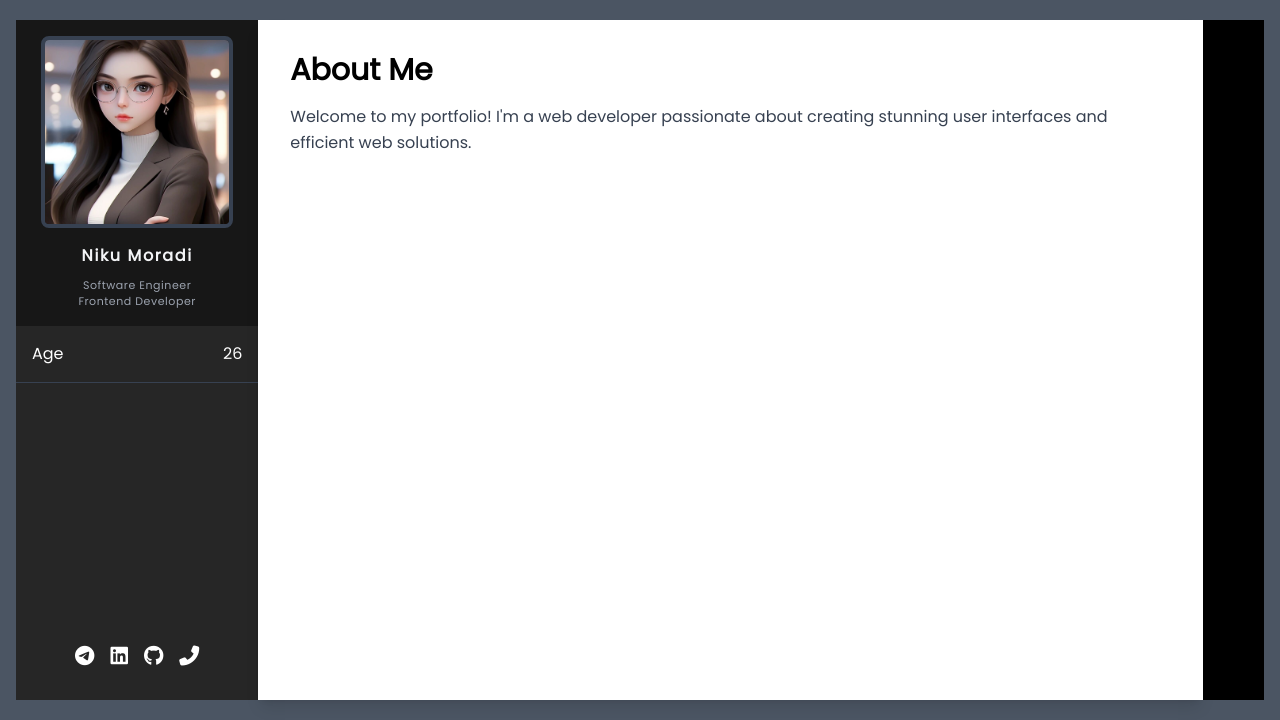
Repository: NikuMoradi/niku-moradi
Page: /
The author's editor kept a copy of each file at every save. The page is drawn from the files as they stood at one save, then again after the next save.
The browser window is 1280 px wide. The pictures show the whole page.
The project was rebuilt for these pictures with package versions that can differ from the ones it lists, and the page was loaded fresh each time. The framework's server and built-in components were replaced by stand-ins that run in the browser. Also part of the build but not shown: nuxt.config.ts, components/Blog Posts/Component-Design.vue, components/Blog.vue, components/Contact.vue, components/Education.vue, components/Experience.vue, components/Hero.vue, components/Menu.vue and 3 more.

Above is the page before, as saved 2024-11-29 10:38:26.

After the next save:
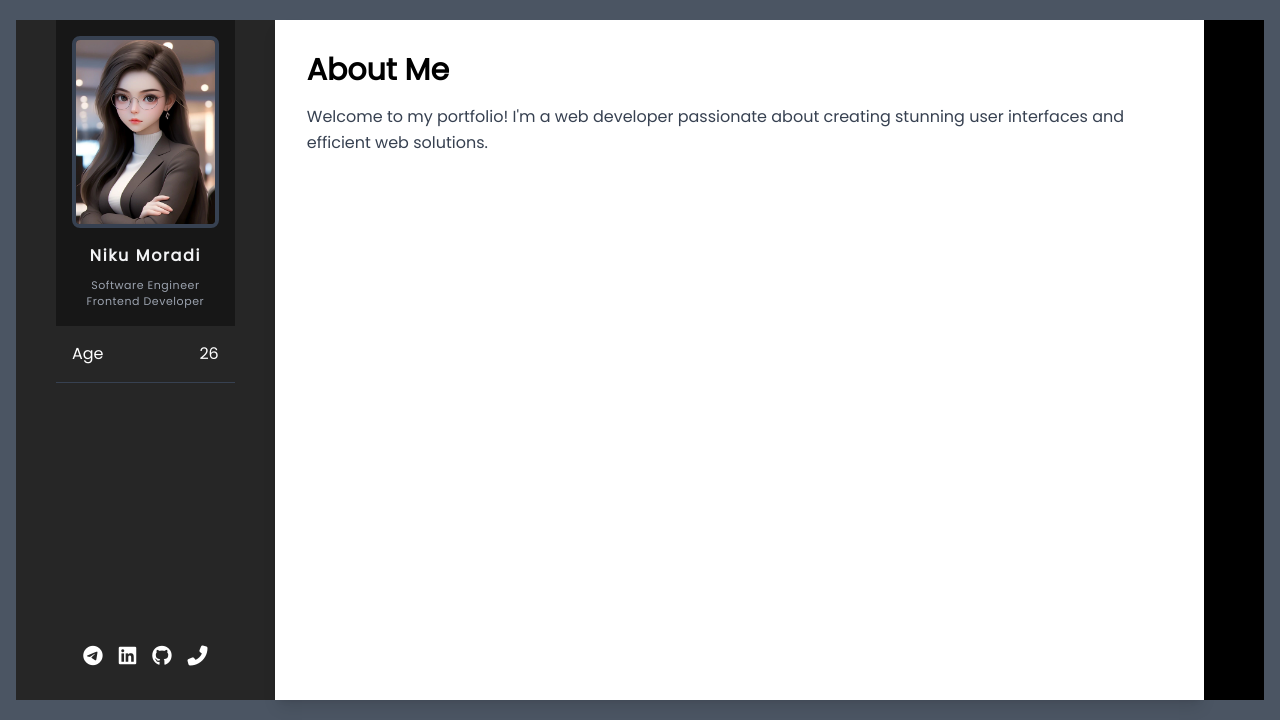
Saved 42 s later.
--- a/components/LeftPanel.vue
+++ b/components/LeftPanel.vue
@@ -1,6 +1,6 @@
 <template>
   <div
-    class="bg-neutral-800 text-white w-80 flex flex-col"
+    class="bg-neutral-800 text-white w-80 flex flex-col px-10"
     style="height: calc(100vh - 40px)"
   >
     <!-- Header-->

After the save that followed:
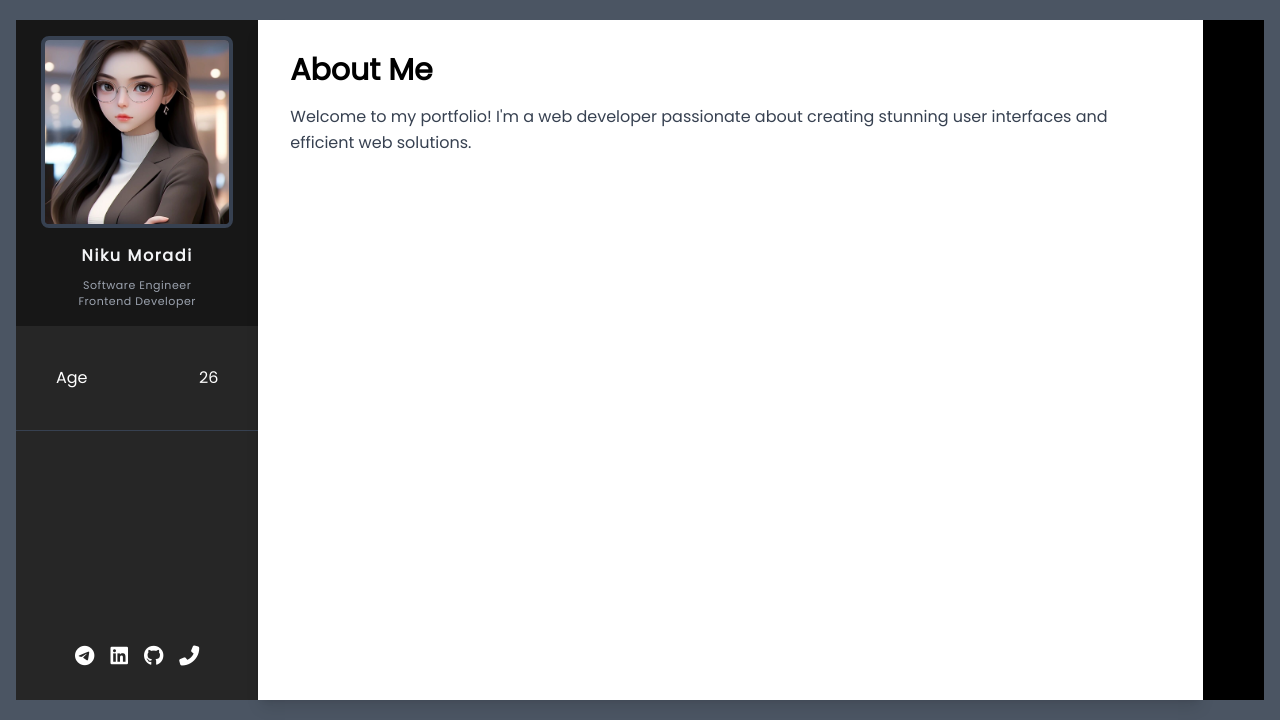
Saved 35 s later.
--- a/components/LeftPanel.vue
+++ b/components/LeftPanel.vue
@@ -1,6 +1,6 @@
 <template>
   <div
-    class="bg-neutral-800 text-white w-80 flex flex-col px-10"
+    class="bg-neutral-800 text-white w-80 flex flex-col"
     style="height: calc(100vh - 40px)"
   >
     <!-- Header-->
@@ -28,7 +28,7 @@
     </div>
 
     <!-- table -->
-    <div class="p-4 border-b border-gray-700">
+    <div class="p-10 border-b border-gray-700">
       <div class="flex flex-row justify-between">
         <p>Age</p>
         <p>26</p>
